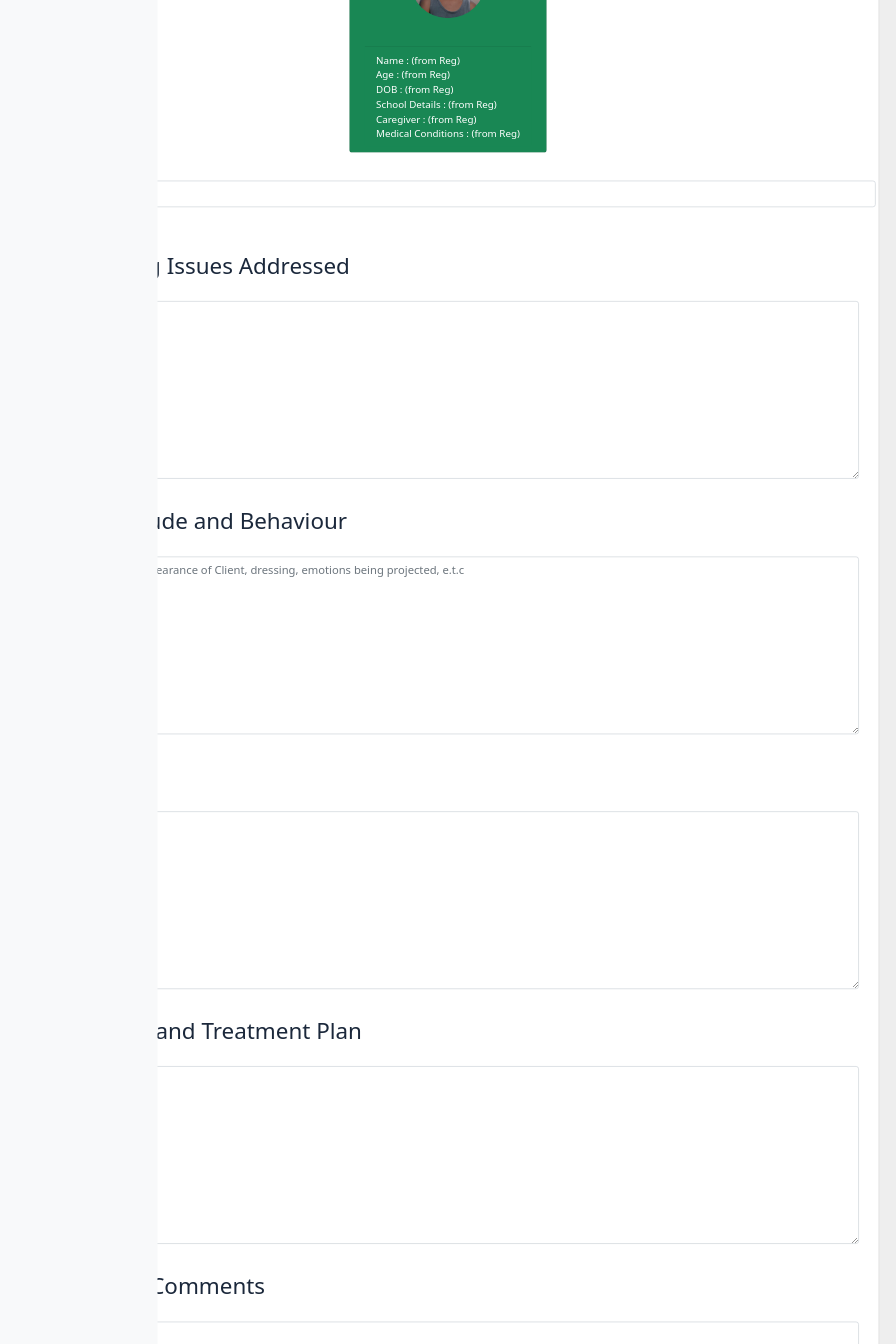
Repository: SRFtech/mis-designs
Page: counselling.html
An editor plug-in stored every save of this project. The page is shown before and after the next save, followed by the edit.
The browser window is 1280 px wide. The pictures show the part of the page from y = 580 to 2500 px (the page is 3069 px tall before and 3053 px after), at 70% of full size.

Above is the page before, as saved 2022-04-10 22:23:53.

After the next save:
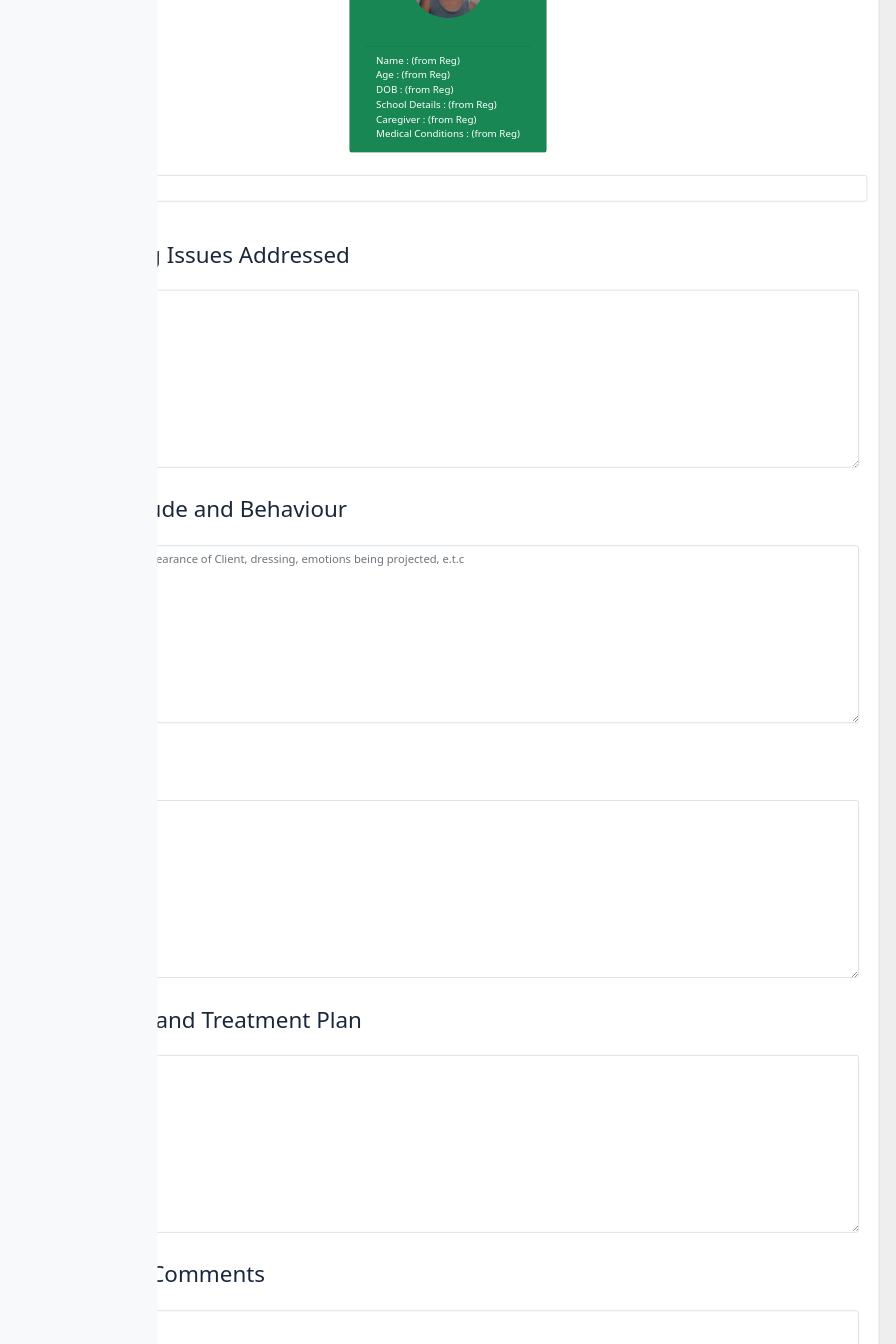
Saved 9 s later.
--- a/counselling.html
+++ b/counselling.html
@@ -194,14 +194,11 @@
                                                             </div>
                                                             <div class="form-group pb-4">
                                                                 <label for="formControlSelect2">Client</label>
-                                                                <div class="row pb-2 pt-2">
-                                                                    <select class="form-control" id="formControlSelect2">
-                                                                        <option>Father</option>
-                                                                        <option>Mother</option>
-                                                                        <option>Guardian</option>
-                                                                    </select>
-                                                                </div>
-
+                                                                <select class="form-control" id="formControlSelect2">
+                                                                    <option>Father</option>
+                                                                    <option>Mother</option>
+                                                                    <option>Guardian</option>
+                                                                </select>
                                                             </div>
                                                             <div class="row pb-2 pt-2">
                                                                 <h2 class="mt-4">Counselling Issues Addressed</h2>
